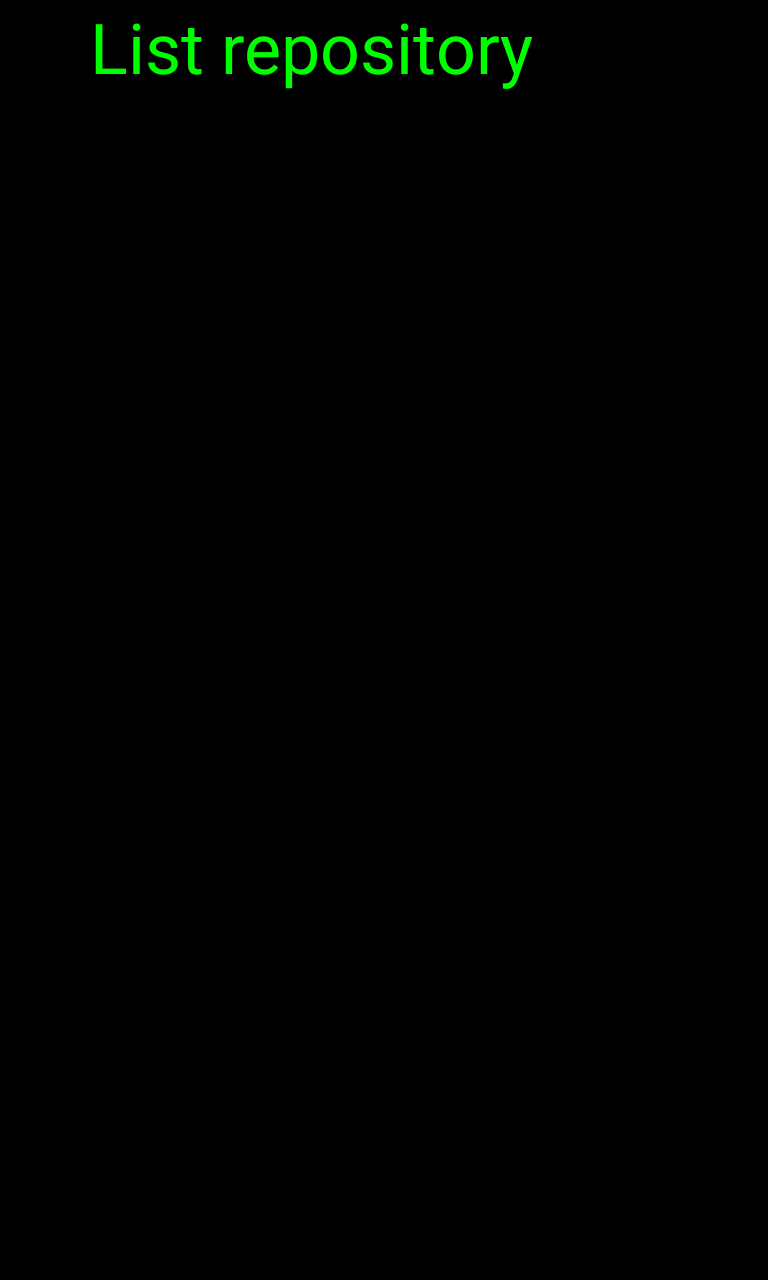
Repository: alexWr/app-rest
Layout: GitHubapp/res/layout/listrep.xml
An editor plug-in stored every save of this project. The layout is shown before and after the next save, followed by the edit.
It is drawn on a 768 x 1280 px phone screen (xhdpi) without system bars, with theme AppTheme; the app's code is not run. Lists and similar views that code fills are empty.

Above is the layout before, as saved 2014-10-24 08:43:37.

### GitHubapp/res/layout/listrep.xml
<?xml version="1.0" encoding="utf-8"?>
<LinearLayout xmlns:android="http://schemas.android.com/apk/res/android"
    android:layout_width="match_parent"
    android:layout_height="match_parent"
    android:background="#000000"
    android:orientation="vertical" >
    <TextView
	    android:layout_width="match_parent"
	    android:layout_height="wrap_content"
	    android:layout_gravity="center"
	    android:textColor="#00ff00"
	    android:layout_marginLeft="30dp"
	    android:textSize="35sp"
	    android:text="List repository">
	</TextView>
 	<ListView
 		android:id="@+id/lvMain"
 		android:layout_width="match_parent"
 		android:layout_height="wrap_content">
	</ListView>

</LinearLayout>

Loaded but not shown: GitHubapp/res/values/styles.xml (common file); GitHubapp/res/values-v11/styles.xml (common file); GitHubapp/res/values-v14/styles.xml (common file)

After the next save:
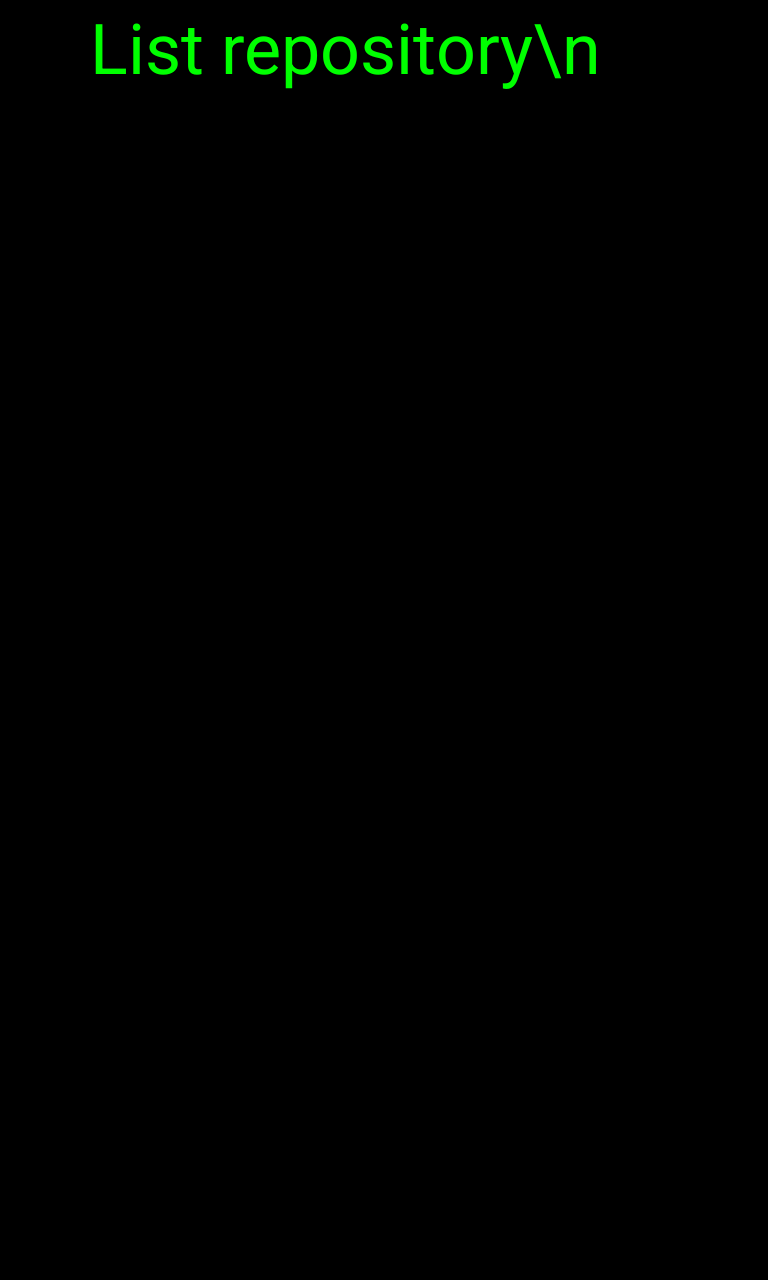
Saved 2 min 55 s later.
--- a/GitHubapp/res/layout/listrep.xml
+++ b/GitHubapp/res/layout/listrep.xml
@@ -11,7 +11,7 @@
 	    android:textColor="#00ff00"
 	    android:layout_marginLeft="30dp"
 	    android:textSize="35sp"
-	    android:text="List repository">
+	    android:text="List repository\n">
 	</TextView>
  	<ListView
  		android:id="@+id/lvMain"
